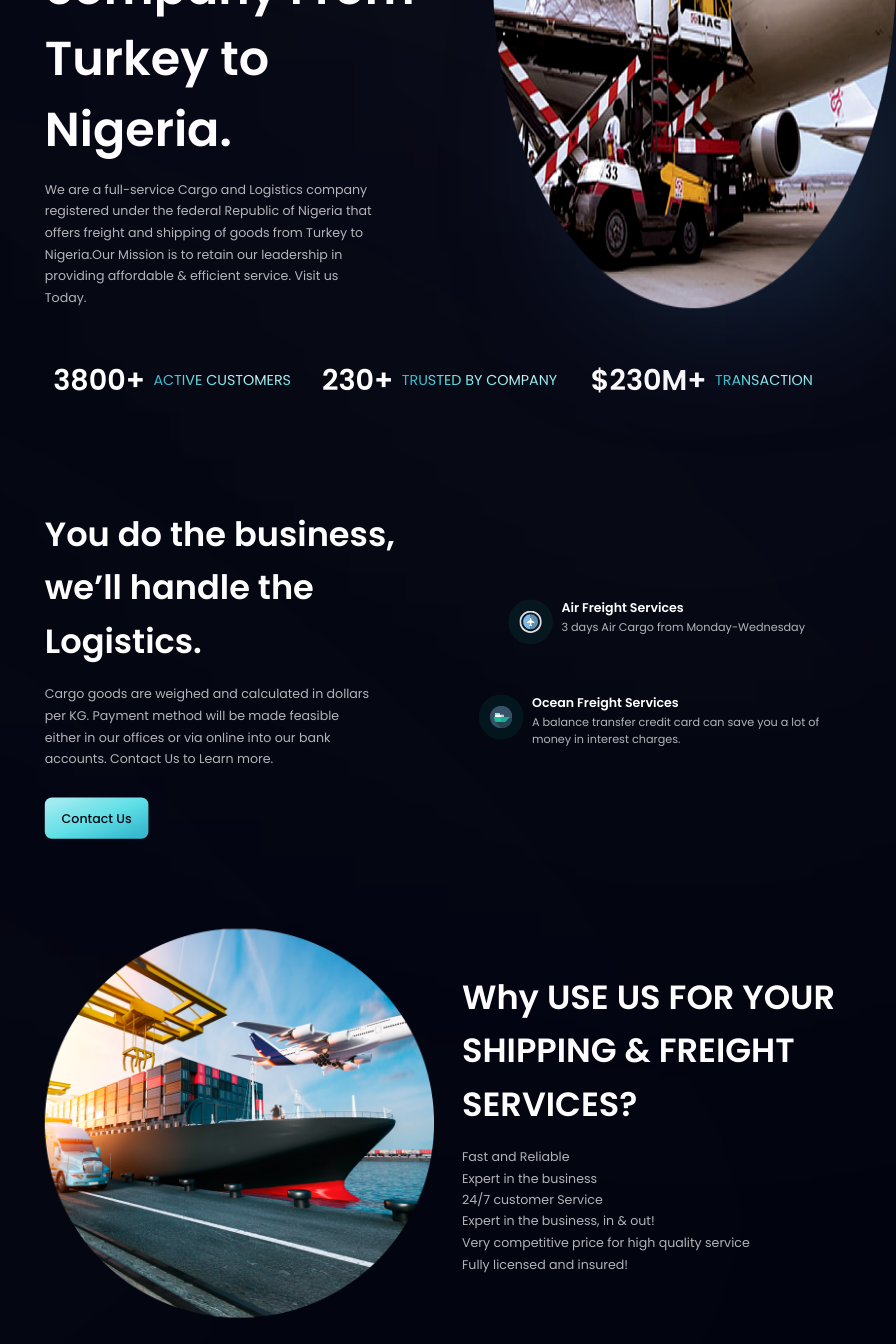
Repository: Miracleoluebube/captionlogistics
Page: /
The author's editor kept a copy of each file at every save. The page is drawn from the files as they stood at one save, then again after a run of saves.
The browser window is 1280 px wide. The pictures show the part of the page from y = 666 to 2586 px (the page is 5707 px tall), at 70% of full size.
The project was rebuilt for these pictures with package versions that can differ from the ones it lists, and the page was loaded fresh each time. Also part of the build but not shown: vite.config.js.

Above is the page before, as saved 2022-10-02 18:37:25.

After the next 3 saves:
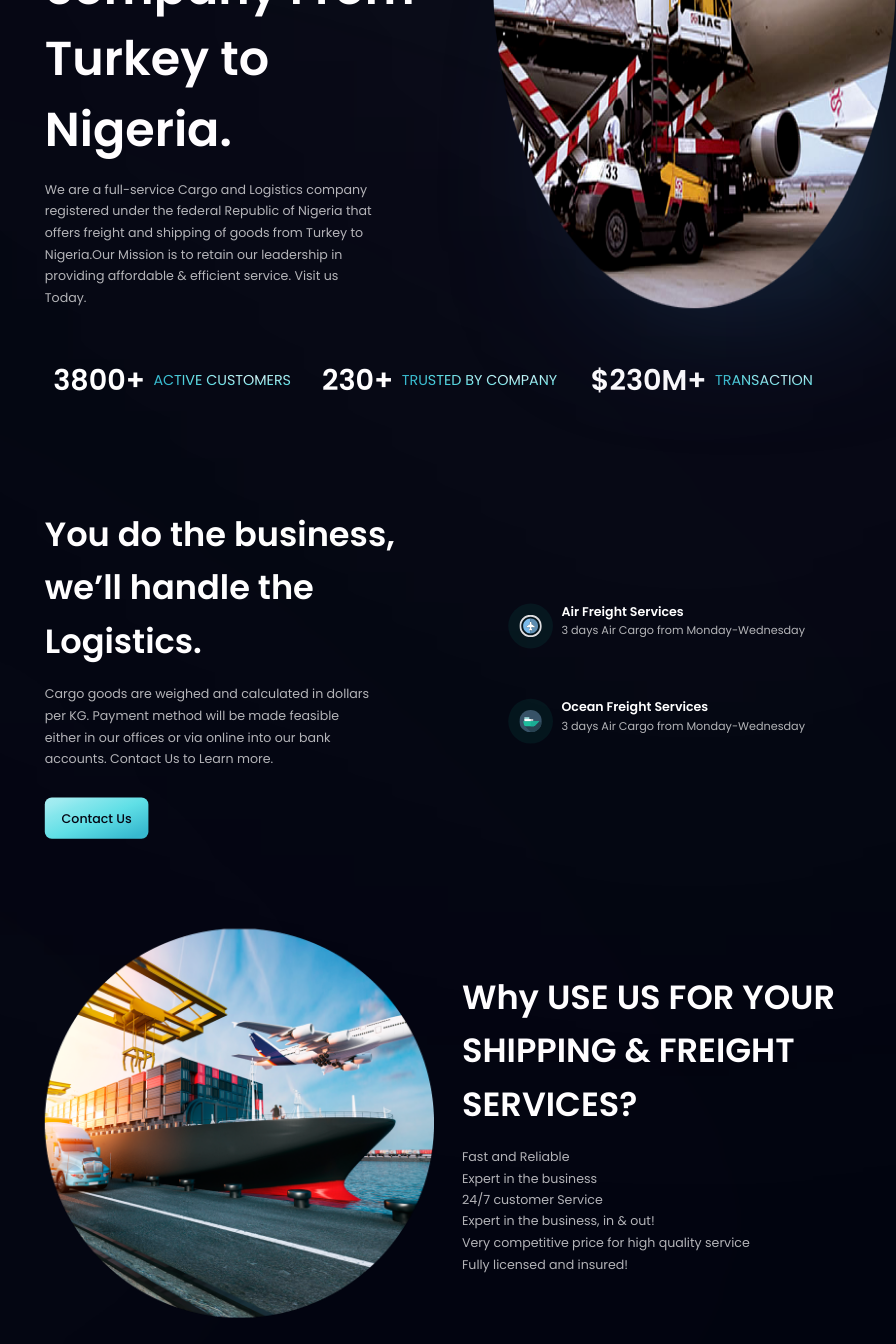
The 3 saves are shown as one change because 1 did not build or start and some came seconds apart.
The last was saved 5 min 2 s later.
--- a/src/constants/index.js
+++ b/src/constants/index.js
@@ -45,7 +45,7 @@
     icon: send,
     title: "Ocean Freight Services",
     content:
-      "A balance transfer credit card can save you a lot of money in interest charges.",
+    "3 days Air Cargo from Monday-Wednesday",
   },
 ];
 
